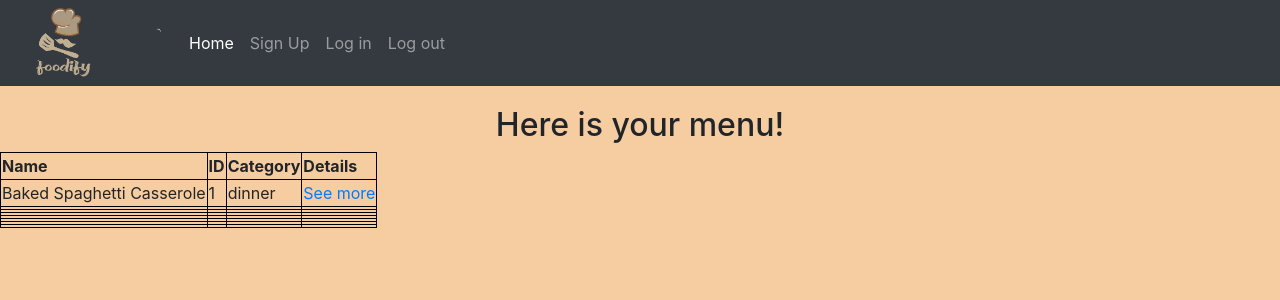
Repository: RanaHisham18/Foodify-Web-App
Page: Project IA raghda/usermenu.html
These files come from the project's save history. The page is drawn as it stood at one moment and after the next save; the edit follows.
The browser window is 1280 px wide. The pictures show the whole page.

Above is the page before, as saved 2022-01-06 18:27:09.

### Project IA raghda/usermenu.html
<!DOCTYPE html>
<html lang="en">
<head>
    <meta charset="UTF-8">
    <meta http-equiv="X-UA-Compatible" content="IE=edge">
    <meta name="viewport" content="width=device-width, initial-scale=1.0">
    <link rel="stylesheet" href="https://maxcdn.bootstrapcdn.com/bootstrap/4.0.0/css/bootstrap.min.css"
     integrity="sha384-Gn5384xqQ1aoWXA+058RXPxPg6fy4IWvTNh0E263XmFcJlSAwiGgFAW/dAiS6JXm" crossorigin="anonymous">
     <link rel ="stylesheet" href="usermenu.css">
    <title>Document</title>
</head>
<body>
    <!--Navigation Bar-->
 <nav class="navbar navbar-expand-lg navbar-dark bg-dark sticky-top">
    <img class="image" src="images/foodify.png" alt="Foodify logo">

       <button class="navbar-toggler" type="button" data-bs-toggle="collapse" data-bs-target="#navbarScroll" aria-controls="navbarScroll" aria-expanded="false" aria-label="Toggle navigation">
         <span class="navbar-toggler-icon"></span>
       </button>
     <div class="container-fluid">
         <div class="collapse navbar-collapse" id="navbarScroll">
           <ul class="navbar-nav me-auto my-2 my-lg-0 navbar-nav-scroll" style="--bs-scroll-height: 100px;">
             <li class="nav-item">
               <a class="nav-link active" aria-current="page" href="home.php">Home</a>
             </li>
             <li class="nav-item">
               <a class="nav-link" href="register.php">Sign Up</a>
             </li>
             <li class="nav-item">
               <a class="nav-link" href="login.php">Log in</a>
             </li>
             <li class="nav-item">
               <a class="nav-link" href="login.php">Log out</a>

             </li>
           </ul>

         </div>
       </div>
   </nav>

   <h2>Here is your menu!</h2>

   <table>
<tr>
    <th>Name</th>
    <th>ID</th>
    <th>Category</th>
    <th>Details</th>
</tr>

<tr>
    <td> Baked Spaghetti Casserole</td>
    <td>1</td>
    <td>dinner</td>
    <td><a href="dinner.html">See more</a></td>
</tr>

<tr>
    <td></td>
    <td></td>
    <td></td>
    <td></td>
</tr>

<tr>
    <td></td>
    <td></td>
    <td></td>
    <td></td>
</tr>
<tr>
    <td></td>
    <td></td>
    <td></td>
    <td></td>
</tr>
<tr>
    <td></td>
    <td></td>
    <td></td>
    <td></td>
</tr>
<tr>
    <td></td>
    <td></td>
    <td></td>
    <td></td>
</tr>
<tr>
    <td></td>
    <td></td>
    <td></td>
    <td></td>
</tr>
<tr>
    <td></td>
    <td></td>
    <td></td>
    <td></td>
</tr>

   </table>
</body>
</html>

### Project IA raghda/usermenu.css
.image{
    cursor: pointer;
    height:70px;
     width:130px;
    margin-left: 20px;
  }
  .scroll{
      margin-top:200px;
      margin-left:50px;
  }
body
{
    background-color: #f5cda0;
}
h2{
    text-align: center;
    margin-top:  20px;
}
table, th, td {
    border:1px solid black;
  }

After the next save:
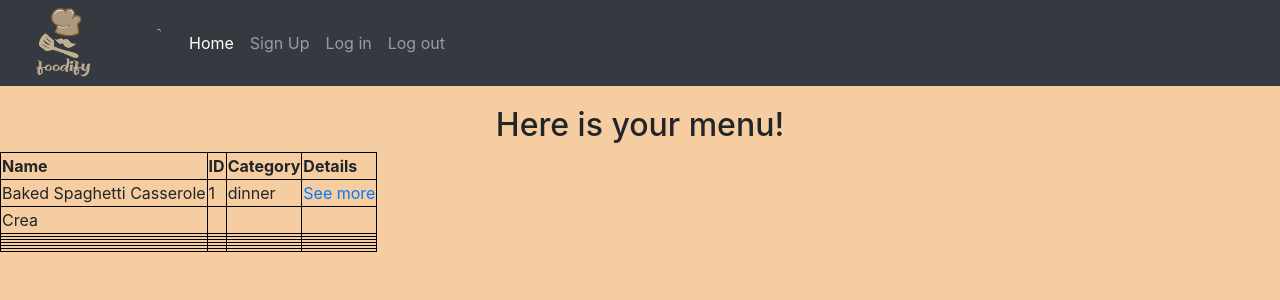
Saved 17 s later.
--- a/Project IA raghda/usermenu.html
+++ b/Project IA raghda/usermenu.html
@@ -57,7 +57,7 @@
 </tr>
 
 <tr>
-    <td></td>
+    <td>Crea</td>
     <td></td>
     <td></td>
     <td></td>
